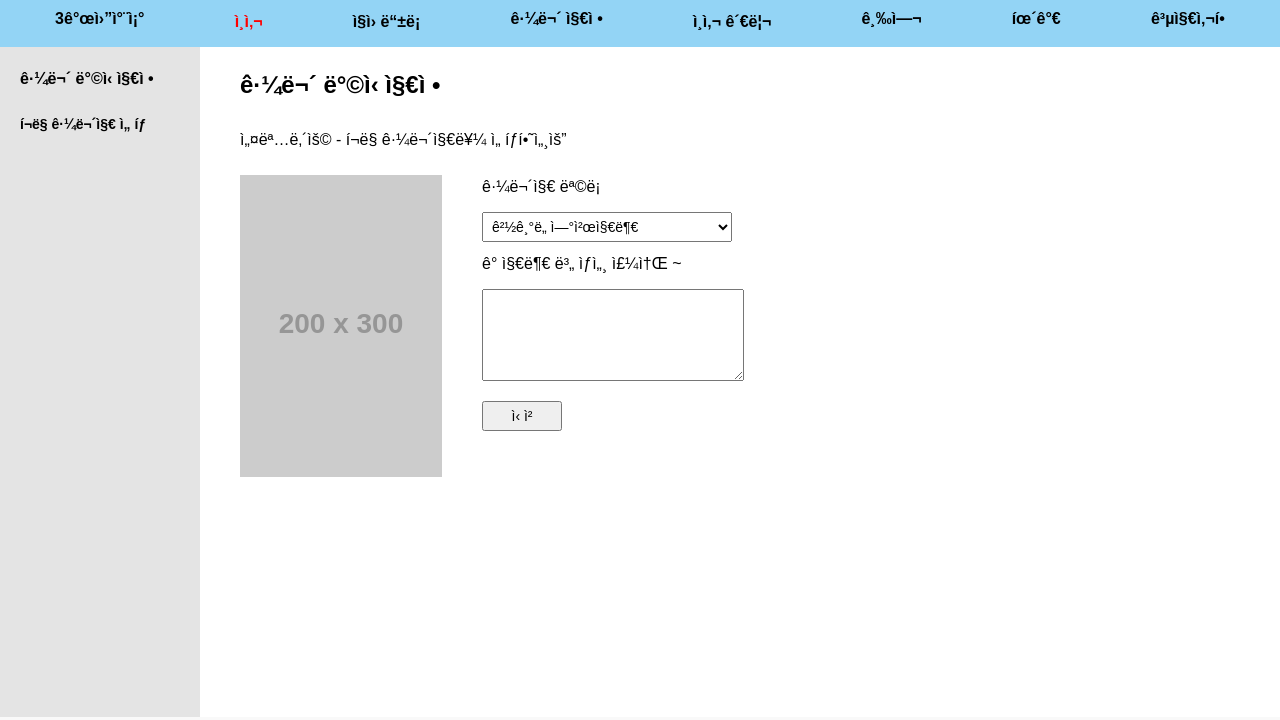
Repository: hanchanwook/MidPJ
Page: http://localhost/project/WEB-INF/views/select_workplaces/select_workplace.jsp
These files come from the project's save history. The page is drawn as it stood at one moment and after the next save; the edit follows.
The browser window is 1280 px wide. The pictures show the whole page.
The page is served by Tomcat 9. Nobody is signed in. Other server files are loaded and not shown. The template is opened directly, without the code that normally fills it, so the values that code supplies are empty.

Above is the page before, as saved 2025-04-15 03:10:14.

### project/src/main/webapp/WEB-INF/views/select_workplaces/select_workplace.jsp
<!DOCTYPE html>
<html lang="ko">
<head>
  <meta charset="UTF-8">
  <title>근무 방식 지정</title>
  <style>
    body {
      margin: 0;
      font-family: '맑은 고딕', sans-serif;
      background-color: #f9f9f9;
    }

    /* 상단 네비게이션 */
    .topnav {
      background-color: #93d4f5;
      padding: 10px;
      display: flex;
      justify-content: space-around;
      color: black;
      font-weight: bold;
    }

    .topnav span.active {
      color: red;
    }

    /* 메인 컨테이너 */
    .main {
      display: flex;
      height: calc(100vh - 50px);
    }

    /* 왼쪽 사이드 메뉴 */
    .sidebar {
      width: 200px;
      background-color: #e4e4e4;
      padding: 20px;
      box-sizing: border-box;
      font-weight: bold;
      font-size: 14px;
    }

    .sidebar-title {
      font-size: 16px;
      margin-bottom: 20px;
    }

    /* 본문 */
    .content {
      flex: 1;
      background-color: white;
      padding: 20px 40px;
      box-sizing: border-box;
    }

    .content h2 {
      margin-top: 0;
    }

    .map-section {
      display: flex;
      margin-top: 20px;
    }

    .map-section img {
      width: 200px;
      height: auto;
      border: 1px solid #ccc;
    }

    .form-section {
      margin-left: 40px;
      display: flex;
      flex-direction: column;
      gap: 10px;
    }

    select, textarea {
      width: 250px;
      padding: 5px;
      font-size: 14px;
    }

    button {
      width: 80px;
      padding: 5px;
      font-size: 14px;
      margin-top: 10px;
      cursor: pointer;
    }

  </style>
</head>
<body>

  <div class="topnav">
    <span>3개월차조</span>
    <span class="active">인사</span>
    <span>직원 등록</span>
    <span>근무 지정</span>
    <span>인사 관리</span>
    <span>급여</span>
    <span>휴가</span>
    <span>공지사항</span>
  </div>

  <div class="main">
    <div class="sidebar">
      <div class="sidebar-title">근무 방식 지정</div>
      희망 근무지 선택
    </div>

    <div class="content">
      <h2>근무 방식 지정</h2>
      <p>설명내용 - 희망 근무지를 선택하세요</p>

      <div class="map-section">
        <img src="https://via.placeholder.com/200x300?text=지도" alt="지도">

        <div class="form-section">
          <label>근무지 목록</label>
          <select>
            <option>경기도 연천지부</option>
            <option>전라남도 나주시지부</option>
            <option>경상북도 경산지부</option>
            <option>강원도 속초지부</option>
          </select>

          <label>각 지부 별 상세 주소 ~</label>
          <textarea rows="5"></textarea>

          <button>신청</button>
        </div>
      </div>
    </div>
  </div>

</body>
</html>

After the next save:
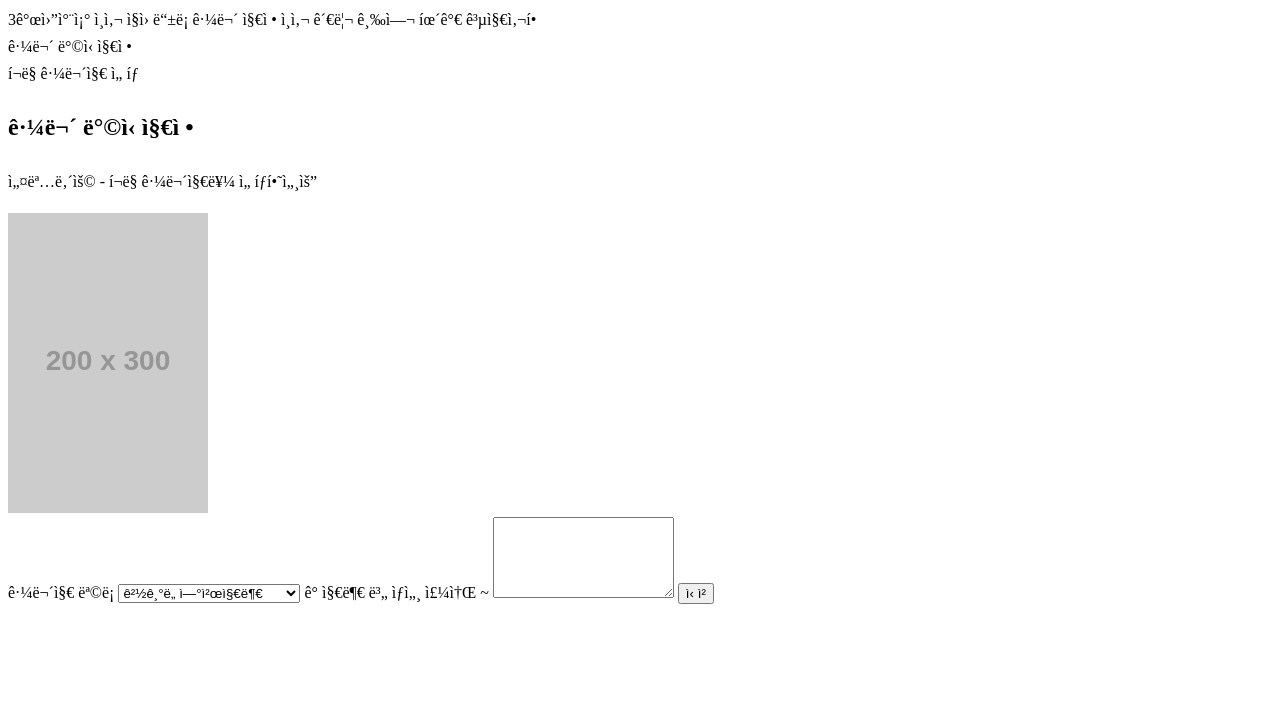
Saved 2 min 46 s later.
--- a/project/src/main/webapp/WEB-INF/views/select_workplaces/select_workplace.jsp
+++ b/project/src/main/webapp/WEB-INF/views/select_workplaces/select_workplace.jsp
@@ -3,7 +3,7 @@
 <head>
   <meta charset="UTF-8">
   <title>근무 방식 지정</title>
-  <style>
+  <!-- <style>
     body {
       margin: 0;
       font-family: '맑은 고딕', sans-serif;
@@ -89,7 +89,7 @@
       cursor: pointer;
     }
 
-  </style>
+  </style> -->
 </head>
 <body>
 
